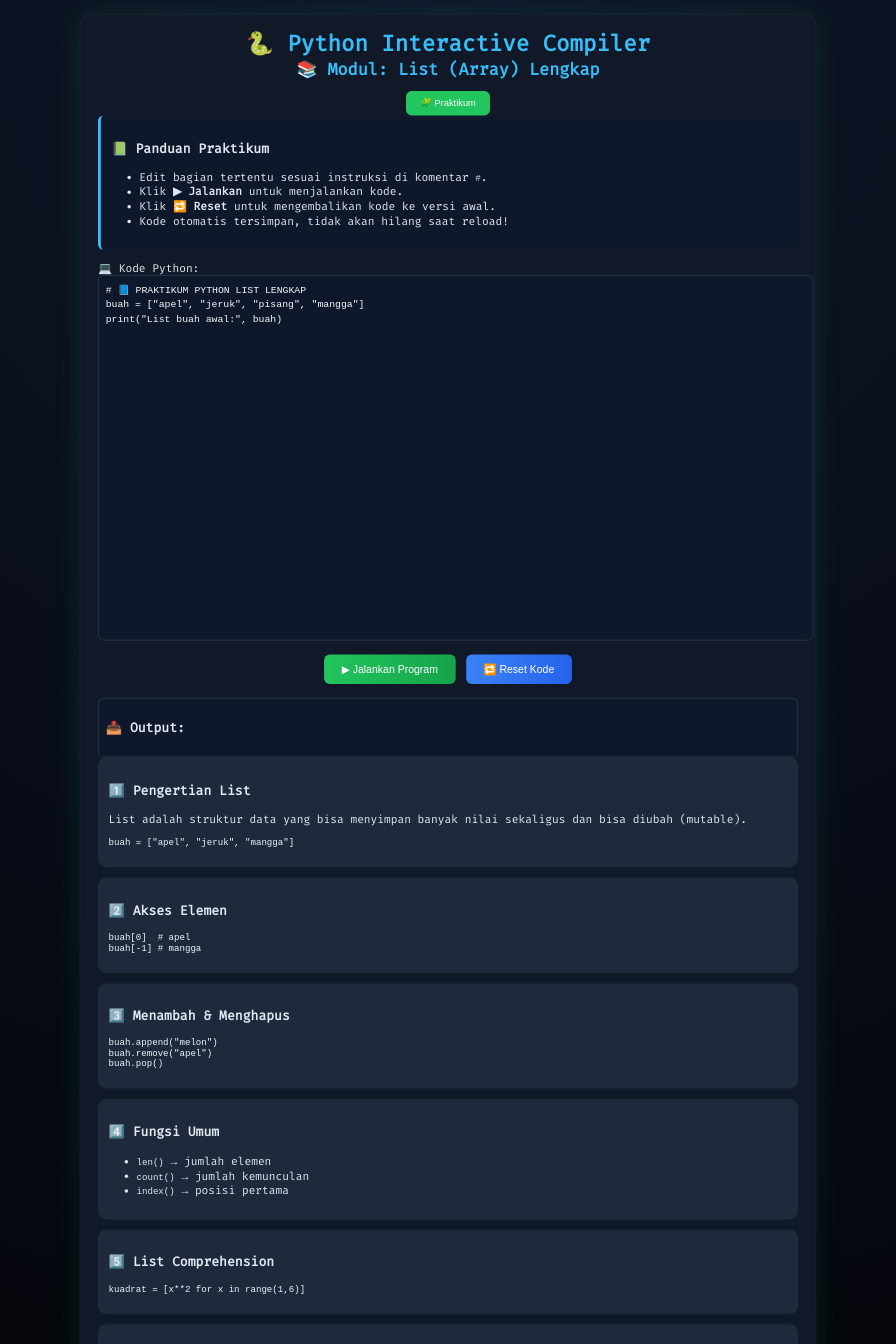
Repository: smkmutipugademak/Array
Page: index.html
These files come from the project's save history. The page is drawn as it stood at one moment and after the next save; the edit follows.
The browser window is 1280 px wide. The pictures show the part of the page from y = 0 to 1920 px (the page is 2760 px tall), at 70% of full size.
An inner scrolling area shows only its first screen.

Above is the page before, as saved 2025-11-11 05:12:12.

### index.html
<!DOCTYPE html>
<html lang="id">

<head>
    <meta charset="UTF-8" />
    <meta name="viewport" content="width=device-width, initial-scale=1.0" />
    <title>🐍 Python Interactive Compiler - Belajar List</title>
    <link rel="stylesheet" href="style.css" />
    <link href="https://fonts.googleapis.com/css2?family=Fira+Code&display=swap" rel="stylesheet">
</head>

<body>
    <div class="container">
        <h1>🐍 Python Interactive Compiler</h1>
        <h2>📚 Modul: List (Array) Lengkap</h2>

        <div class="tabs">
            <button class="tab-button active" data-tab="praktikum">🧩 Praktikum</button>
        </div>

        <!-- ===================== TAB PRAKTIKUM ===================== -->
        <div id="praktikum" class="tab-content active">
            <div class="instructions">
                <h3>📗 Panduan Praktikum</h3>
                <ul>
                    <li>Edit bagian tertentu sesuai instruksi di komentar <code>#</code>.</li>
                    <li>Klik <b>▶ Jalankan</b> untuk menjalankan kode.</li>
                    <li>Klik <b>🔁 Reset</b> untuk mengembalikan kode ke versi awal.</li>
                    <li>Kode otomatis tersimpan, tidak akan hilang saat reload!</li>
                </ul>
            </div>

            <div class="editor-section">
                <label>💻 Kode Python:</label>
                <textarea id="editor" spellcheck="false"></textarea>

                <div class="btn-group">
                    <button id="runBtn">▶ Jalankan Program</button>
                    <button id="resetBtn">🔁 Reset Kode</button>
                </div>
            </div>

            <div class="output-container">
                <h3>📤 Output:</h3>
                <pre id="output"></pre>
            </div>
        </div>

        <!-- ===================== TAB TEORI ===================== -->
        <div id="teori" class="tab-content">
            <div class="theory-section">
                <div class="card">
                    <h3>1️⃣ Pengertian List</h3>
                    <p>List adalah struktur data yang bisa menyimpan banyak nilai sekaligus dan bisa diubah (mutable).
                    </p>
                    <pre><code>buah = ["apel", "jeruk", "mangga"]</code></pre>
                </div>

                <div class="card">
                    <h3>2️⃣ Akses Elemen</h3>
                    <pre><code>buah[0]  # apel
buah[-1] # mangga</code></pre>
                </div>

                <div class="card">
                    <h3>3️⃣ Menambah & Menghapus</h3>
                    <pre><code>buah.append("melon")
buah.remove("apel")
buah.pop()</code></pre>
                </div>

                <div class="card">
                    <h3>4️⃣ Fungsi Umum</h3>
                    <ul>
                        <li><code>len()</code> → jumlah elemen</li>
                        <li><code>count()</code> → jumlah kemunculan</li>
                        <li><code>index()</code> → posisi pertama</li>
                    </ul>
                </div>

                <div class="card">
                    <h3>5️⃣ List Comprehension</h3>
                    <pre><code>kuadrat = [x**2 for x in range(1,6)]</code></pre>
                </div>

                <div class="card">
                    <h3>6️⃣ Operasi List</h3>
                    <pre><code>angka = [1, 2, 3]
angka2 = [4, 5]
print(angka + angka2)   # Gabung
print(angka * 2)        # Ulangi</code></pre>
                </div>

                <div class="card">
                    <h3>7️⃣ Nested List</h3>
                    <pre><code>kelas = [["Ani", 80], ["Budi", 90]]
print(kelas[1][1])  # 90</code></pre>
                </div>

                <div class="card">
                    <h3>8️⃣ Looping List</h3>
                    <pre><code>buah = ["apel", "jeruk", "mangga"]
for x in buah:
    print(x)</code></pre>
                </div>

                <div class="card">
                    <h3>9️⃣ Sort & Reverse</h3>
                    <pre><code>angka = [5, 2, 8, 1]
angka.sort()
angka.reverse()
print(angka)</code></pre>
                </div>

                <div class="card">
                    <h3>🔟 Copy dan Clear</h3>
                    <pre><code>data = [1, 2, 3]
copy_data = data.copy()
copy_data.clear()</code></pre>
                </div>
            </div>
        </div>
    </div>

    <script src="https://cdn.jsdelivr.net/npm/skulpt@1.2.0/dist/skulpt.min.js"></script>
    <script src="https://cdn.jsdelivr.net/npm/skulpt@1.2.0/dist/skulpt-stdlib.js"></script>
    <script src="script.js"></script>
</body>

</html>

### style.css
body {
    background: radial-gradient(circle at top, #0f172a, #000);
    color: #e2e8f0;
    font-family: "Fira Code", monospace;
    margin: 0;
    padding: 20px;
    display: flex;
    justify-content: center;
}

.container {
    background: #111827;
    border: 1px solid #1e293b;
    border-radius: 16px;
    padding: 20px 25px;
    width: 95%;
    max-width: 1000px;
    box-shadow: 0 0 40px rgba(0, 255, 150, 0.1);
}

h1,
h2 {
    text-align: center;
    color: #38bdf8;
    margin: 0;
}

.tabs {
    display: flex;
    justify-content: center;
    margin-top: 15px;
    gap: 10px;
}

.tab-button {
    padding: 10px 20px;
    background: #1e293b;
    border: none;
    border-radius: 8px;
    color: #94a3b8;
    cursor: pointer;
    transition: 0.3s;
}

.tab-button.active {
    background: #22c55e;
    color: #fff;
}

.tab-button:hover {
    background: #16a34a;
    color: #fff;
}

.instructions {
    background: #0f172a;
    border-left: 4px solid #38bdf8;
    padding: 15px;
    border-radius: 8px;
}

.editor-section {
    margin-top: 15px;
}

textarea {
    width: 100%;
    height: 500px;
    background: #0f172a;
    color: #f8fafc;
    border: 1px solid #334155;
    border-radius: 8px;
    padding: 10px;
    line-height: 1.5;
    resize: none;
    font-size: 14px;
}

.btn-group {
    display: flex;
    justify-content: center;
    gap: 15px;
    margin-top: 15px;
}

#runBtn,
#resetBtn {
    padding: 12px 25px;
    border: none;
    border-radius: 8px;
    color: white;
    cursor: pointer;
    font-size: 15px;
    transition: 0.3s;
}

#runBtn {
    background: linear-gradient(90deg, #22c55e, #16a34a);
}

#runBtn:hover {
    transform: scale(1.05);
    background: linear-gradient(90deg, #16a34a, #15803d);
}

#resetBtn {
    background: linear-gradient(90deg, #3b82f6, #2563eb);
}

#resetBtn:hover {
    transform: scale(1.05);
    background: linear-gradient(90deg, #2563eb, #1d4ed8);
}

.output-container {
    background: #0f172a;
    border: 1px solid #334155;
    border-radius: 8px;
    padding: 10px;
    margin-top: 20px;
}

pre {
    white-space: pre-wrap;
    color: #f1f5f9;
}

.theory-section {
    display: grid;
    gap: 15px;
}

.card {
    background: #1e293b;
    border-radius: 12px;
    padding: 15px;
    box-shadow: 0 0 10px rgba(0, 255, 150, 0.05);
}

@media (max-width: 700px) {
    textarea {
        height: 400px;
        font-size: 13px;
    }

    #runBtn,
    #resetBtn {
        font-size: 14px;
        padding: 10px 20px;
    }
}

### script.js
// ============================================================
// 🧠 PYTHON COMPILER WITH AUTOSAVE
// ============================================================

const defaultCode = `# 📘 PRAKTIKUM PYTHON LIST LENGKAP
buah = ["apel", "jeruk", "pisang", "mangga"]
print("List buah awal:", buah)
`;

const editor = document.getElementById("editor");
const output = document.getElementById("output");
const savedCode = localStorage.getItem("pythonCode");
editor.value = savedCode || defaultCode;

// Jalankan
function outf(text) {
  output.innerHTML += text + "\n";
}
function builtinRead(x) {
  if (Sk.builtinFiles === undefined || Sk.builtinFiles["files"][x] === undefined)
    throw "File not found: '" + x + "'";
  return Sk.builtinFiles["files"][x];
}
document.getElementById("runBtn").addEventListener("click", () => {
  output.innerHTML = "";
  Sk.configure({ output: outf, read: builtinRead });
  Sk.misceval.asyncToPromise(() => Sk.importMainWithBody("<stdin>", false, editor.value, true))
    .then(() => outf("\n✅ Program selesai tanpa error."))
    .catch(err => outf("\n❌ Error: " + err.toString()));
});

// Reset
document.getElementById("resetBtn").addEventListener("click", () => {
  if (confirm("Yakin ingin mengembalikan kode ke versi awal?")) {
    editor.value = defaultCode;
    output.innerHTML = "";
    localStorage.removeItem("pythonCode");
  }
});

// Autosave
setInterval(() => localStorage.setItem("pythonCode", editor.value), 2000);

// ===========================
//  Tab Navigasi (Fix Bug)
// ===========================
document.querySelectorAll(".tab-button").forEach(btn => {
  btn.addEventListener("click", () => {
    document.querySelectorAll(".tab-button").forEach(b => b.classList.remove("active"));
    document.querySelectorAll(".tab-content").forEach(c => c.classList.remove("active"));
    btn.classList.add("active");
    document.getElementById(btn.dataset.tab).classList.add("active");
  });
});

After the next save:
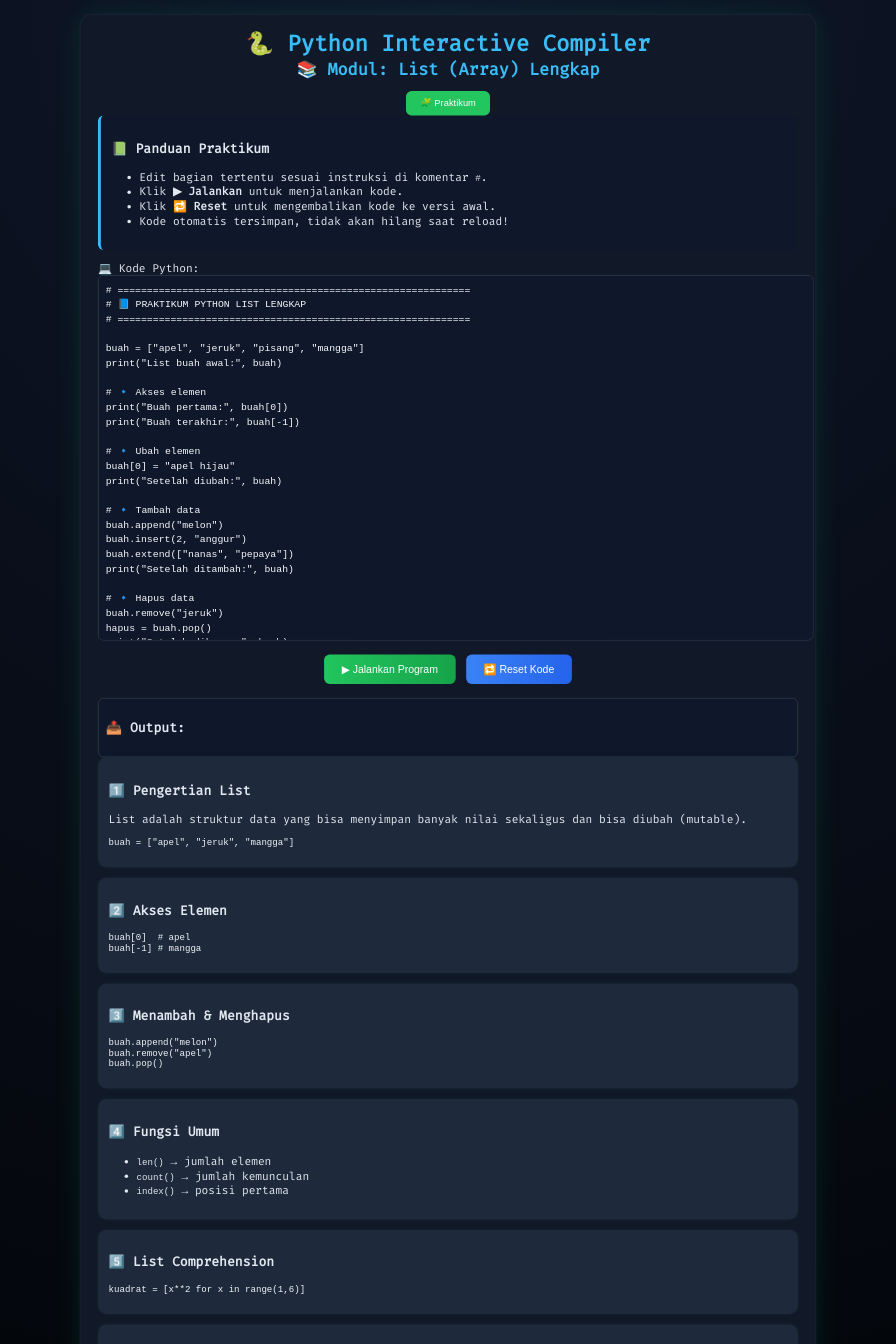
Saved 63 s later.
--- a/script.js
+++ b/script.js
@@ -1,54 +1,135 @@
 // ============================================================
 // 🧠 PYTHON COMPILER WITH AUTOSAVE
 // ============================================================
+const defaultCode = `# ============================================================
+# 📘 PRAKTIKUM PYTHON LIST LENGKAP
+# ============================================================
 
-const defaultCode = `# 📘 PRAKTIKUM PYTHON LIST LENGKAP
 buah = ["apel", "jeruk", "pisang", "mangga"]
 print("List buah awal:", buah)
-`;
 
+# 🔹 Akses elemen
+print("Buah pertama:", buah[0])
+print("Buah terakhir:", buah[-1])
+
+# 🔹 Ubah elemen
+buah[0] = "apel hijau"
+print("Setelah diubah:", buah)
+
+# 🔹 Tambah data
+buah.append("melon")
+buah.insert(2, "anggur")
+buah.extend(["nanas", "pepaya"])
+print("Setelah ditambah:", buah)
+
+# 🔹 Hapus data
+buah.remove("jeruk")
+hapus = buah.pop()
+print("Setelah dihapus:", buah)
+print("Yang dihapus:", hapus)
+
+# 🔹 Fungsi dasar list
+angka = [2, 4, 5, 5, 10, 4]
+print("List angka:", angka)
+print("Jumlah elemen:", len(angka))
+print("Banyak angka 5:", angka.count(5))
+print("Indeks angka 4:", angka.index(4))
+
+# 🔹 Operasi list
+print("Penjumlahan list:", angka + [20, 30])
+print("Duplikasi list:", angka * 2)
+print("Apakah 4 ada di list?", 4 in angka)
+
+# 🔹 Slicing
+print("Elemen ke-2 s.d 4:", angka[1:4])
+print("Membalik urutan:", angka[::-1])
+
+# 🔹 Nested list
+kelas = [["Ani", 80], ["Budi", 90], ["Citra", 85]]
+print("Nilai Budi:", kelas[1][1])
+
+# 🔹 Looping
+print("Daftar nilai siswa:")
+for nama, nilai in kelas:
+    print("-", nama, "=", nilai)
+
+# 🔹 List comprehension
+kuadrat = [x**2 for x in range(1, 6)]
+print("Kuadrat 1–5:", kuadrat)
+
+# 🔹 Sort & Reverse
+angka2 = [9, 3, 6, 1, 7]
+angka2.sort()
+print("Urut naik:", angka2)
+angka2.reverse()
+print("Urut turun:", angka2)
+
+# 🔹 Copy dan Clear
+salinan = angka2.copy()
+salinan.append(100)
+print("Asli:", angka2)
+print("Salinan:", salinan)
+salinan.clear()
+print("Setelah clear:", salinan)
+
+print("\\n✅ Semua fungsi List Python telah dipelajari!")`;
+
+// ===========================
+//  Inisialisasi Editor
+// ===========================
 const editor = document.getElementById("editor");
 const output = document.getElementById("output");
 const savedCode = localStorage.getItem("pythonCode");
+
 editor.value = savedCode || defaultCode;
 
-// Jalankan
+// ===========================
+//  Jalankan Program
+// ===========================
 function outf(text) {
-  output.innerHTML += text + "\n";
+    output.innerHTML += text + "\n";
 }
+
 function builtinRead(x) {
-  if (Sk.builtinFiles === undefined || Sk.builtinFiles["files"][x] === undefined)
-    throw "File not found: '" + x + "'";
-  return Sk.builtinFiles["files"][x];
+    if (Sk.builtinFiles === undefined || Sk.builtinFiles["files"][x] === undefined)
+        throw "File not found: '" + x + "'";
+    return Sk.builtinFiles["files"][x];
 }
+
 document.getElementById("runBtn").addEventListener("click", () => {
-  output.innerHTML = "";
-  Sk.configure({ output: outf, read: builtinRead });
-  Sk.misceval.asyncToPromise(() => Sk.importMainWithBody("<stdin>", false, editor.value, true))
-    .then(() => outf("\n✅ Program selesai tanpa error."))
-    .catch(err => outf("\n❌ Error: " + err.toString()));
+    output.innerHTML = "";
+    Sk.configure({ output: outf, read: builtinRead });
+    Sk.misceval.asyncToPromise(() => Sk.importMainWithBody("<stdin>", false, editor.value, true))
+        .then(() => outf("\n✅ Program selesai tanpa error."))
+        .catch(err => outf("\n❌ Error: " + err.toString()));
 });
 
-// Reset
+// ===========================
+//  Reset ke Default
+// ===========================
 document.getElementById("resetBtn").addEventListener("click", () => {
-  if (confirm("Yakin ingin mengembalikan kode ke versi awal?")) {
-    editor.value = defaultCode;
-    output.innerHTML = "";
-    localStorage.removeItem("pythonCode");
-  }
+    if (confirm("Yakin ingin mengembalikan kode ke versi awal?")) {
+        editor.value = defaultCode;
+        output.innerHTML = "";
+        localStorage.removeItem("pythonCode");
+    }
 });
 
-// Autosave
-setInterval(() => localStorage.setItem("pythonCode", editor.value), 2000);
+// ===========================
+//  Autosave Tiap 2 Detik
+// ===========================
+setInterval(() => {
+    localStorage.setItem("pythonCode", editor.value);
+}, 2000);
 
 // ===========================
-//  Tab Navigasi (Fix Bug)
+//  Tab Navigasi
 // ===========================
 document.querySelectorAll(".tab-button").forEach(btn => {
-  btn.addEventListener("click", () => {
-    document.querySelectorAll(".tab-button").forEach(b => b.classList.remove("active"));
-    document.querySelectorAll(".tab-content").forEach(c => c.classList.remove("active"));
-    btn.classList.add("active");
-    document.getElementById(btn.dataset.tab).classList.add("active");
-  });
+    btn.addEventListener("click", () => {
+        document.querySelectorAll(".tab-button").forEach(b => b.classList.remove("active"));
+        document.querySelectorAll(".tab-content").forEach(c => c.classList.remove("active"));
+        btn.classList.add("active");
+        document.getElementById(btn.dataset.tab).classList.add("active");
+    });
 });
